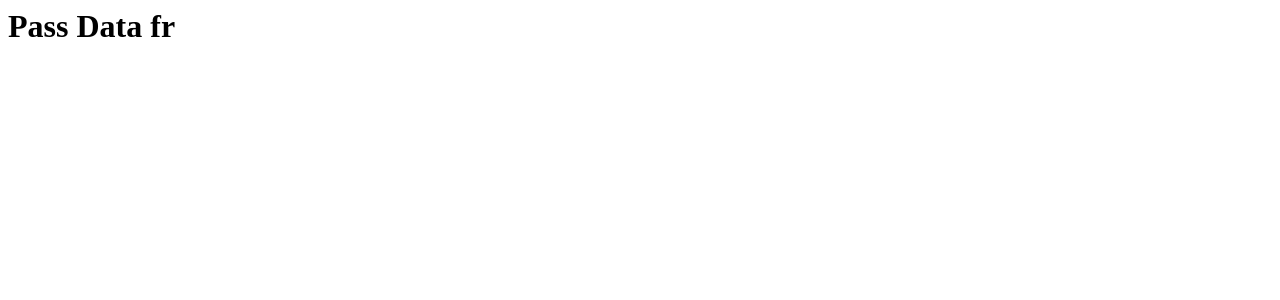
Repository: shariftasrik/My_Internship_Dohatec
Page: Day_3/props_passing/src/app/app.html
The author's editor kept a copy of each file at every save. The page is drawn from the files as they stood at one save, then again after the next save.
The browser window is 1280 px wide. The pictures show the whole page.

Above is the page before, as saved 2025-11-23 15:18:31.

After the next save:
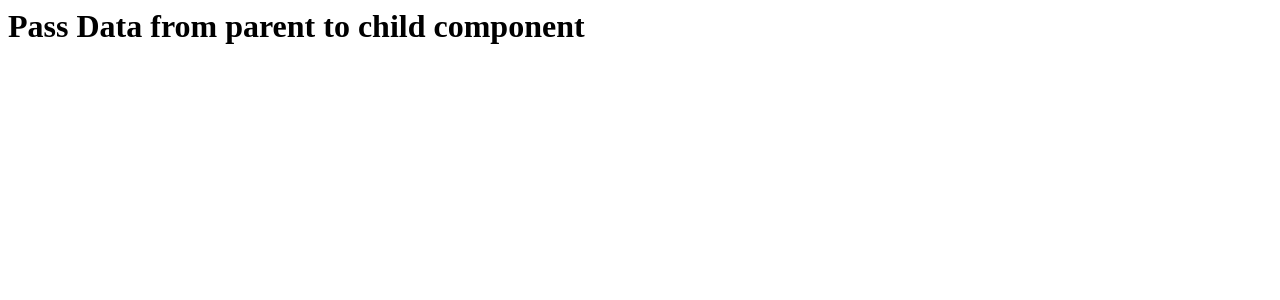
Saved 8 s later.
--- a/Day_3/props_passing/src/app/app.html
+++ b/Day_3/props_passing/src/app/app.html
@@ -1 +1 @@
-<h1>Pass Data fr</h1>
+<h1>Pass Data from parent to child component</h1>
